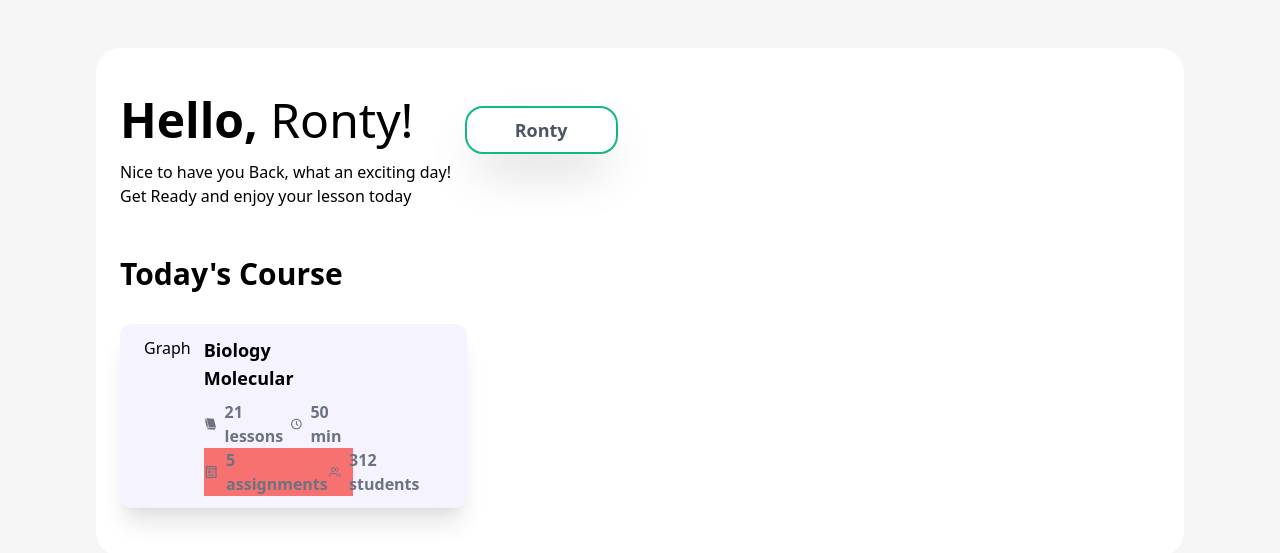
Repository: coolronts/Vite-Tailwind
Page: /
The author's editor kept a copy of each file at every save. The page is drawn from the files as they stood at one save, then again after the next save.
The browser window is 1280 px wide. The pictures show the whole page.
The project was rebuilt for these pictures with package versions that can differ from the ones it lists, and the page was loaded fresh each time. Also part of the build but not shown: vite.config.js.

Above is the page before, as saved 2021-11-26 07:42:44.

### src/App.jsx
import './App.css'

import {Course, Intro} from './Section'
import { PrimaryButton, SecondaryButton } from './components/Button'

import {PrimaryCard} from './components/Card'
import SplitScreen from './components/SplitScreen'
import { useState } from 'react'

function App() {

  return (
    <div className="App bg-white my-12 mx-24 rounded-3xl px-6 py-12">
      <SplitScreen leftWeight = 'w-1/3'>
        <div id="left">
          <Intro/>
          <div id="course">
            <p className="text-3xl font-bold  font-sans mb-8">Today's Course</p>
            <PrimaryCard>
              <Course/>
            </PrimaryCard>
          </div>

        </div>

        <div id="right">
          <SecondaryButton name="Ronty"/>
        </div>


      </SplitScreen>
    </div>
  )
}

export default App

### src/Section/index.js
import Course from "./Course";
import Intro from "./Intro";

export { Intro, Course };

### src/components/Button/index.jsx
import React from 'react'

export const PrimaryButton = ({name}) =>{
  return (
    <button className="bg-green-500 px-12 py-2 ring-2 ring-green-500 text-white text-lg font-semibold shadow-2xl rounded-2xl mt-3">
      {name}
    </button>
  )
}

export const SecondaryButton = ({name}) =>{
  return (
    <button className="bg-white px-12 py-2 ring-2 ring-green-500 text-gray-600 text-lg font-semibold shadow-2xl rounded-2xl mt-3">
      {name}
    </button>
  )
}

### src/components/Card/index.jsx
import React from 'react'

export const PrimaryCard =({children})=> {
  return (
    <div className="bg-purple-50 py-3 px-6  rounded-xl shadow-xl">
      {children}
    </div>
  )
}

### src/components/SplitScreen/index.jsx
import PropTypes from 'prop-types'
import React from "react"
import tw from "tailwind-styled-components"

const Container = tw.div`${(props) => props.weight}`;

const Pane = tw.div`${(props) => props.weight}`;

const SplitScreen = ({
	children,
	containerWeight = 'flex w-full',
  leftWeight = 'w-1/2',
	rightWeight = 'w-1/2',
}) => {
	const [left, right] = children;
	return (
		<Container className={containerWeight}>
			<Pane className={leftWeight}>
				{left}
			</Pane>
			<Pane className={rightWeight}>
				{right}
			</Pane>
		</Container>
	);
}

export default SplitScreen

SplitScreen.propTypes = {
	children: PropTypes.arrayOf(PropTypes.node).isRequired,
	containerWeight: PropTypes.string,
	leftWeight: PropTypes.string,
	rightWeight: PropTypes.string,
}

### src/Section/Course/index.jsx
import {BiTimeFive} from 'react-icons/bi'
import {FiUsers} from 'react-icons/fi'
import { GiWhiteBook } from 'react-icons/gi'
import React from 'react'
import { RiPagesLine } from 'react-icons/ri'
import SplitScreen from '../../components/SplitScreen'

export default function Course() {
  return (
    <SplitScreen leftWeight = 'w-1/5'>
      <div id="left">
        Graph
      </div>
      <div id="right">
        <h4 className="font-bold text-lg mb-2">Biology Molecular</h4>
        <div className="flex flex-col w-full">
          <div className="flex justify-between text-gray-500 font-semibold ">
            <p className="flex items-center"> <GiWhiteBook className="mr-2"/>  21 lessons</p>
            <p className="flex items-center"> <BiTimeFive className="mr-2"/>  50 min</p>
          </div>
          <div className="flex justify-between text-gray-500 font-semibold w-full bg-red-400">
            <p className="flex items-center"> <RiPagesLine className="mr-2"/>  5 assignments</p>
            <p className="flex items-center"> <FiUsers className="mr-2"/>  312 students</p>
          </div>
        </div>
      </div>
    </SplitScreen>
  )
}

### src/Section/Intro/index.jsx
import React from 'react'

export default function Intro({name}) {
  return (
    <div className="mb-12">
      <h3 className="text-5xl font-sans font-bold mb-4">Hello, <span className="font-light">Ronty!</span> </h3>
      <div className="font-semibold tracking-wide text-gray-500">

      </div>
      <h5>Nice to have you Back, what an exciting day!</h5>
      <h5>Get Ready and enjoy your lesson today</h5>
    </div>
  )
}

Loaded but not shown: index.html (common file); src/main.jsx (common file); src/index.css (common file); src/App.css (common file); tailwind.config.js (common file)

After the next save:
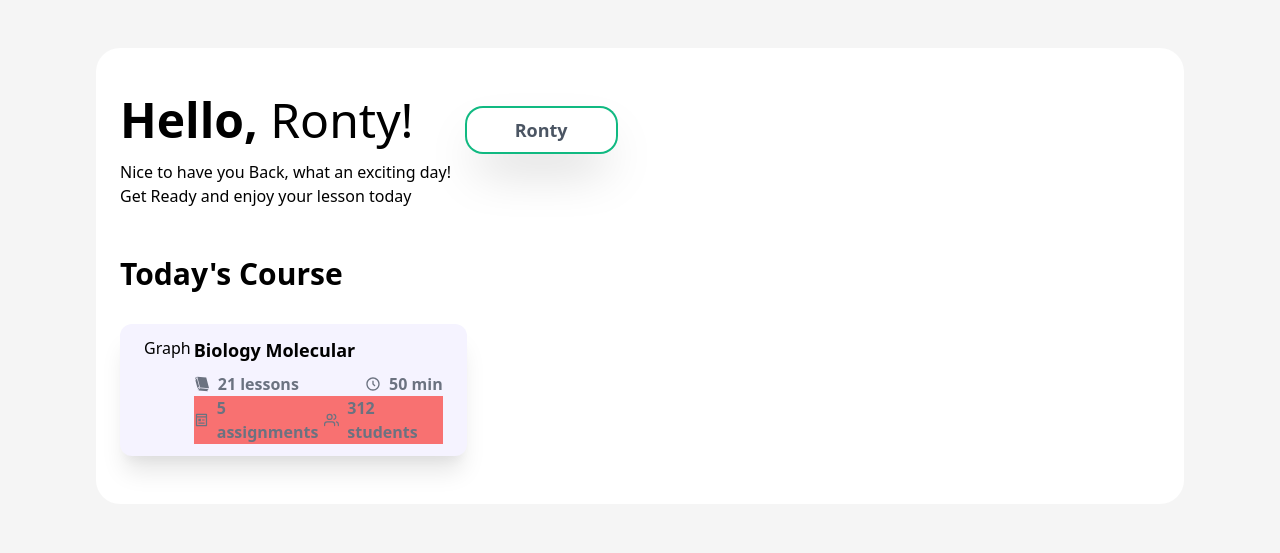
Saved 20 s later.
--- a/src/Section/Course/index.jsx
+++ b/src/Section/Course/index.jsx
@@ -7,7 +7,7 @@ import SplitScreen from '../../components/SplitScreen'
 
 export default function Course() {
   return (
-    <SplitScreen leftWeight = 'w-1/5'>
+    <SplitScreen leftWeight = 'w-1/5' rightWeight = 'w-full'>
       <div id="left">
         Graph
       </div>
